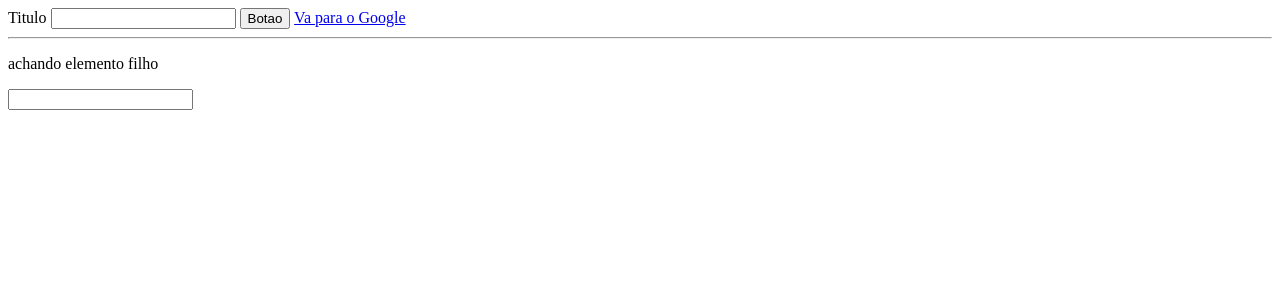
Repository: renatanohara/estudos
Page: CasaDoCodigo/seleniunWebDrive/aprendendo_selenium/src/main/java/goToGoogle.html
These files come from the project's save history. The page is drawn as it stood at one moment and after a run of saves; the edit follows.
The browser window is 1280 px wide. The pictures show the whole page.

Above is the page before, as saved 2025-07-29 17:19:19.

After the next 2 saves:
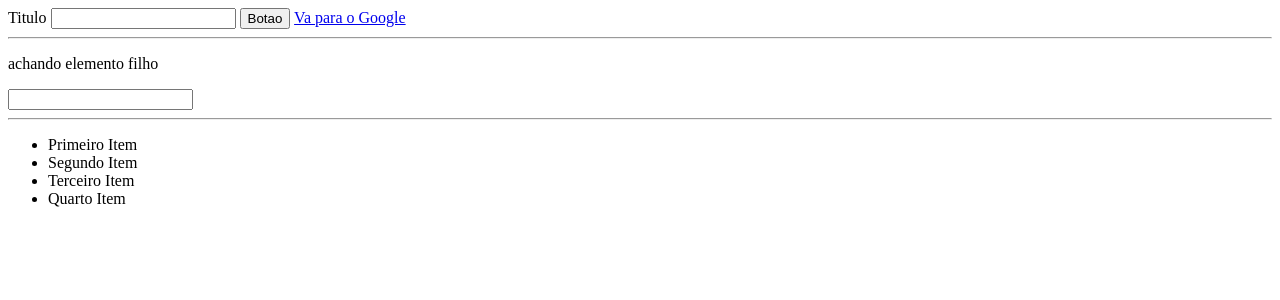
The 2 saves are shown as one change because they came seconds apart.
The last was saved 2 min 30 s later.
--- a/CasaDoCodigo/seleniunWebDrive/aprendendo_selenium/src/main/java/goToGoogle.html
+++ b/CasaDoCodigo/seleniunWebDrive/aprendendo_selenium/src/main/java/goToGoogle.html
@@ -10,5 +10,15 @@
 			<div class="placeholder"></div>
 			<input type="text" class="inputText" name="firstName">
 		</div>
+		<hr>
+		<div class="lista">
+			<ul>
+				<li>Primeiro Item</li>
+				<li>Segundo Item</li>
+				<li>Terceiro Item</li>
+				<li>Quarto Item</li>
+			</ul>
+		</div>
+
 	</body>
 </html>
